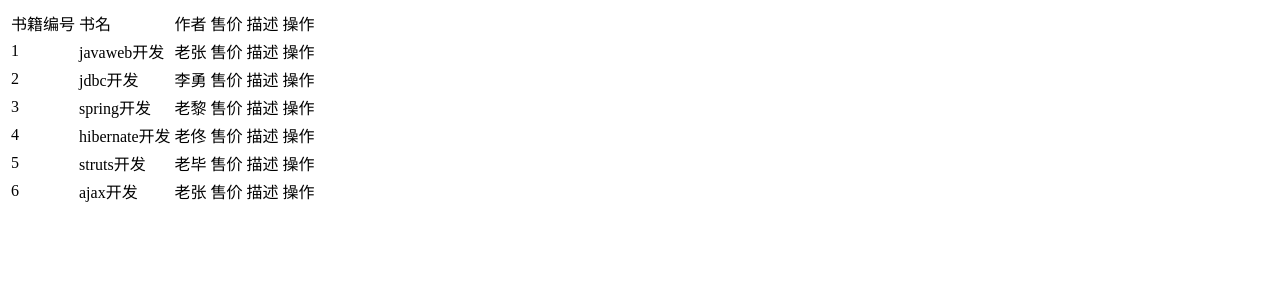
Repository: wsws1996/myproject
Page: http://localhost/day10/servlet/ListBookServlet
An editor plug-in stored every save of this project. The page is shown before and after the next save, followed by the edit.
The browser window is 1280 px wide. The pictures show the whole page.
The page is served by Tomcat 9.

Above is the page before, as saved 2015-11-22 05:24:07.

After the next save:
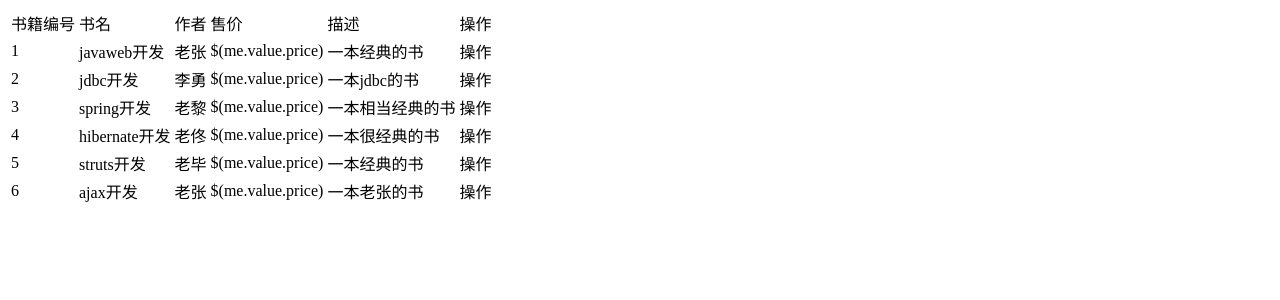
Saved 63 s later.
--- a/java/workspace/day10/WebRoot/WEB-INF/jsp/listbook.jsp
+++ b/java/workspace/day10/WebRoot/WEB-INF/jsp/listbook.jsp
@@ -25,8 +25,8 @@
 				<td>${me.key }</td>
 				<td>${me.value.name }</td>
 				<td>${me.value.author }</td>
-				<td>售价</td>
-				<td>描述</td>
+				<td>$(me.value.price)</td>
+				<td>${me.value.description }</td>
 				<td>操作</td>
 			</tr>
 		</c:forEach>
